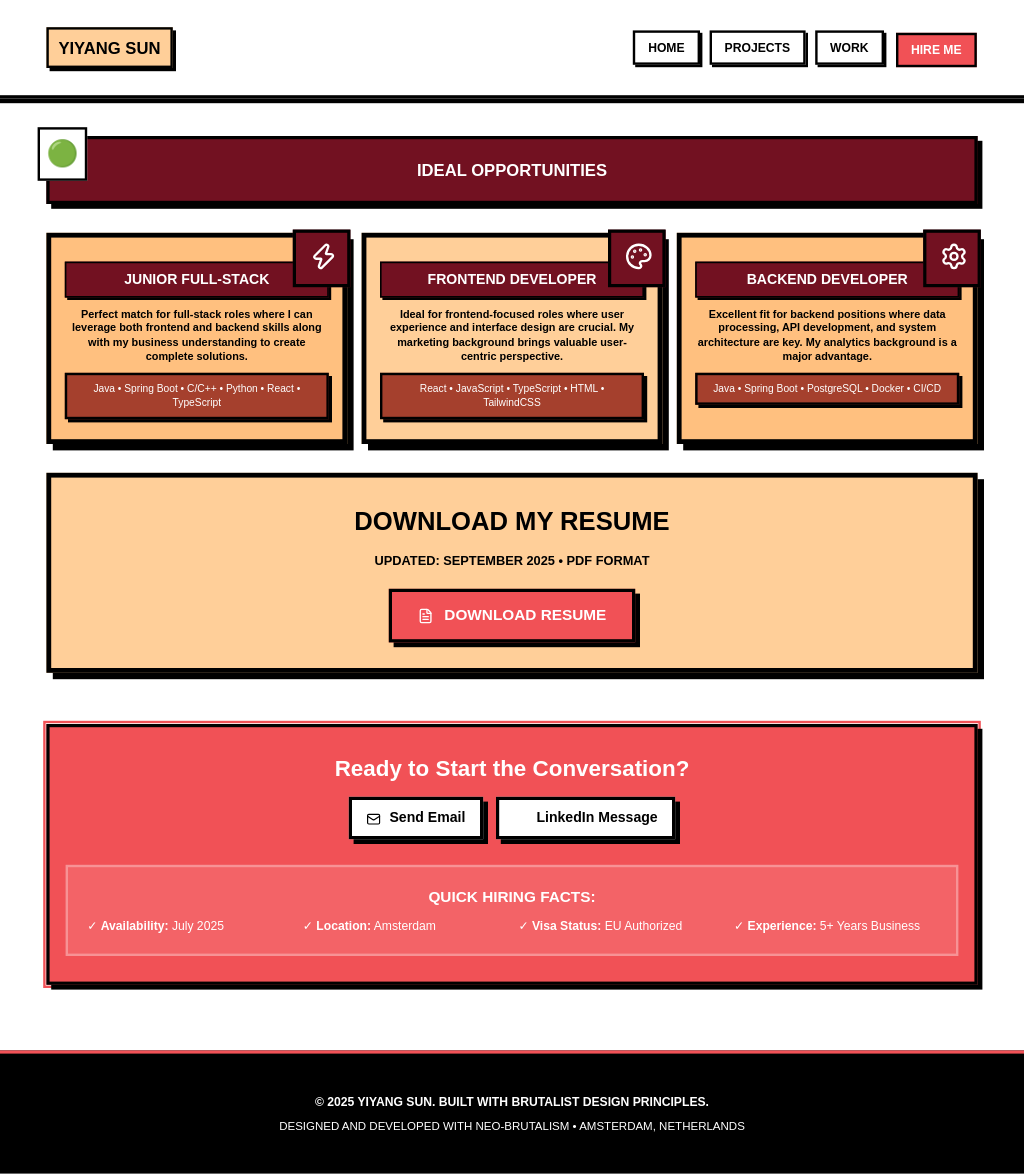
Repository: miloyiyangsun/yiyangsun.github.io
Page: .superdesign/design_iterations/yiyang_hireme_v2.html
The author's editor kept a copy of each file at every save. The page is drawn from the files as they stood at one save, then again after the next save.
The browser window is 1280 px wide. The pictures show the whole page, at 80% of full size.

Above is the page before, as saved 2025-09-03 21:25:45.

After the next save:
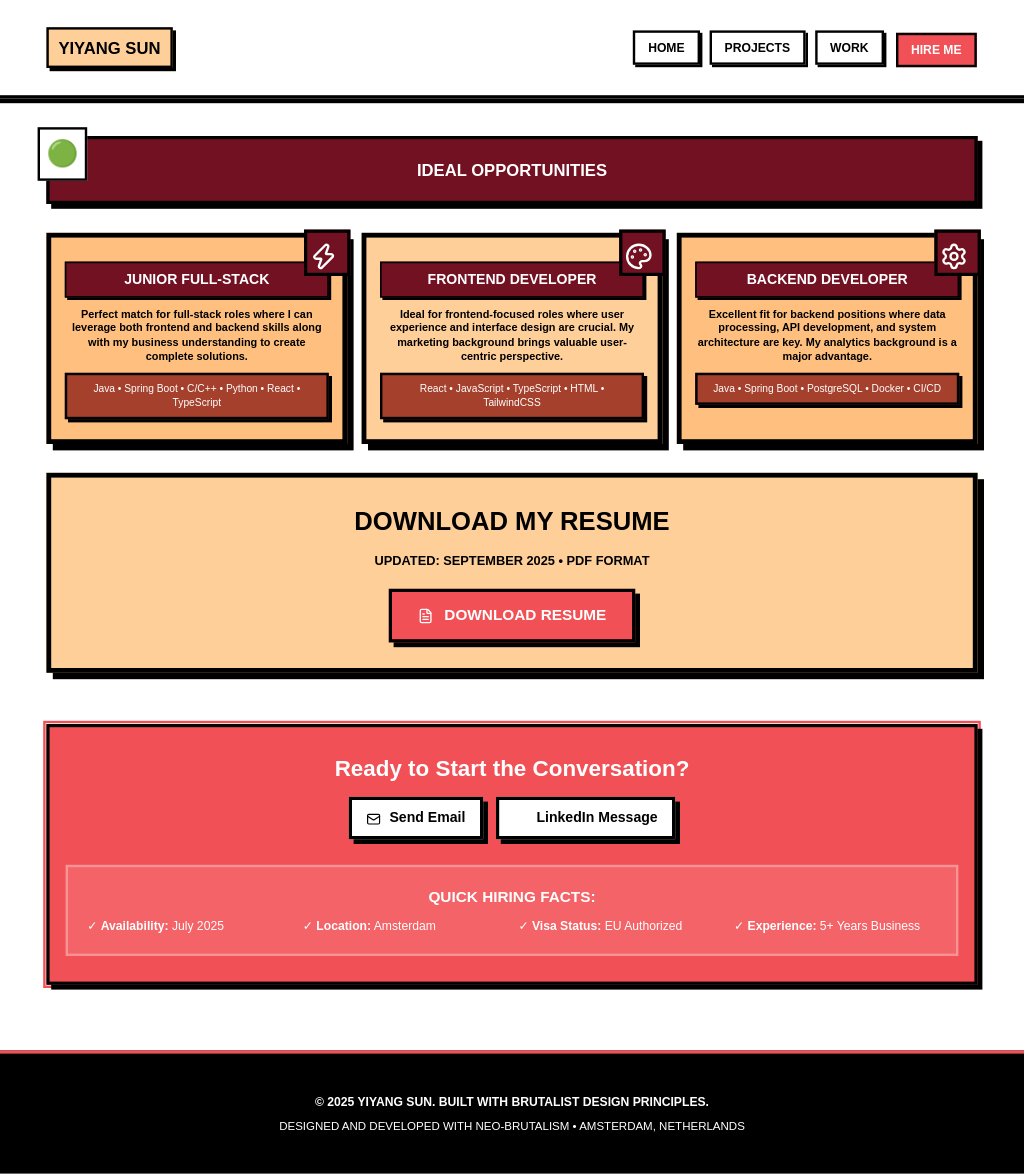
Saved 25 s later.
--- a/.superdesign/design_iterations/yiyang_hireme_v2.html
+++ b/.superdesign/design_iterations/yiyang_hireme_v2.html
@@ -142,8 +142,8 @@
         position: absolute;
         top: -10px;
         right: -10px;
-        width: 64px;
-        height: 64px;
+        width: 50px;
+        height: 50px;
         background: #721121;
         border: 4px solid #000000;
         display: flex;
